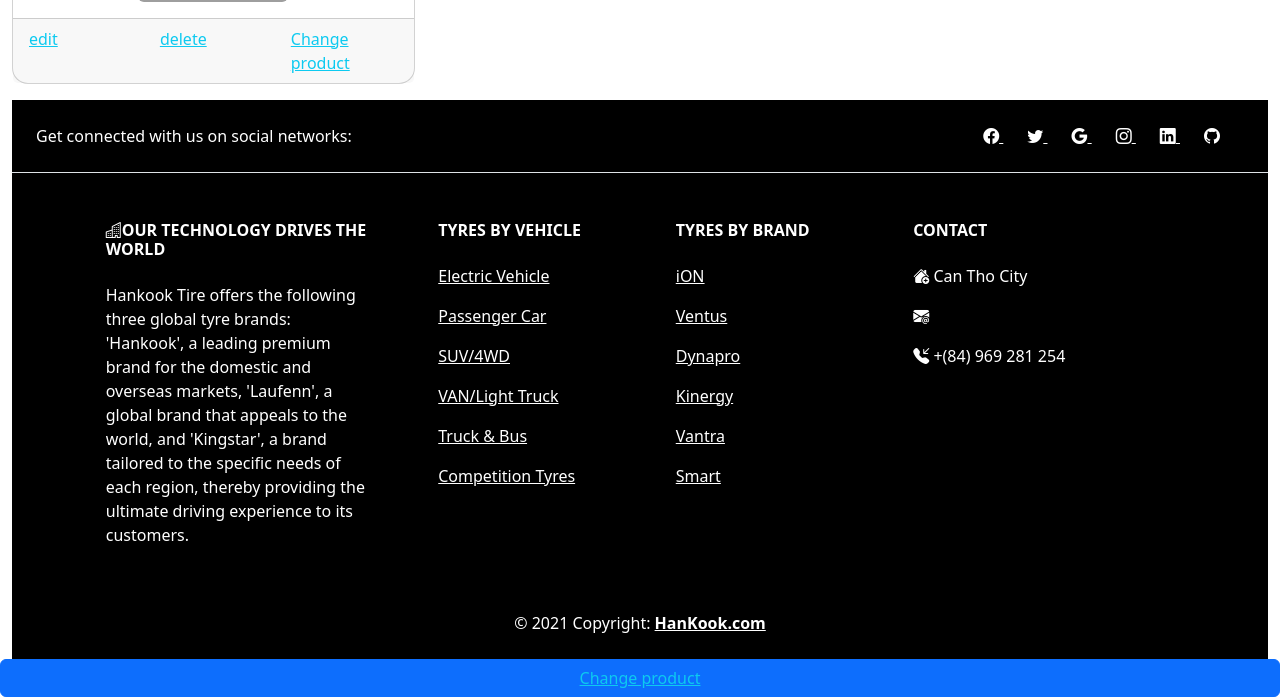
Repository: TrungAug/JAVA4
Page: myWeb/templates/editor.html
An editor plug-in stored every save of this project. The page is shown before and after the next save, followed by the edit.
The browser window is 1280 px wide. The pictures show the part of the page from y = 740 to 1437 px (the page is 1437 px tall).
Pictures or frames that could not be fetched are drawn as grey boxes. A picture or video elsewhere on the page could not be fetched, so the positions and the page height are approximate.

Above is the page before, as saved 2023-11-16 08:38:03.

### myWeb/templates/editor.html
<!DOCTYPE html>
<html lang="en">

<head>
    <meta charset="UTF-8">
    <meta name="viewport" content="width=device-width, initial-scale=1.0">
    <title>Java4</title>
    <link href="https://cdn.jsdelivr.net/npm/bootstrap@5.3.2/dist/css/bootstrap.min.css" rel="stylesheet"
        integrity="sha384-T3c6CoIi6uLrA9TneNEoa7RxnatzjcDSCmG1MXxSR1GAsXEV/Dwwykc2MPK8M2HN" crossorigin="anonymous">
    <link rel="stylesheet" href="https://cdn.jsdelivr.net/npm/bootstrap-icons@1.11.0/font/bootstrap-icons.css">
</head>

<body class="d-flex flex-column justify-content-between" style="height: 100vh;">
    <div class="container-fluid">
        <header>
            <div class="row">
                <div class="col-lg-4 col-md-4 col-sm-12">
                    <div class="myui-header__logo ">
                        <a class="home" href="/index.html" target="_self">
                            <img class="logo"
                                src="https://asset.hankooktire.com/content/dam/hankooktire/local/img/main/main-key-visual/pc/logo.svg"
                                alt="Hankook Tire">
                        </a>
                    </div>
                </div>
                <div class="col-lg-8 col-md-8 col-sm-12 d-flex">
                    <div class="myui-header__navbar">
                        <nav class="navbar navbar-expand-lg bg-body-tertiary">
                            <div class="container-fluid">
                                <a class="navbar-brand" href="#">Home</a>
                                <button class="navbar-toggler" type="button" data-bs-toggle="collapse"
                                    data-bs-target="#navbarSupportedContent" aria-controls="navbarSupportedContent"
                                    aria-expanded="false" aria-label="Toggle navigation">
                                    <span class="navbar-toggler-icon"></span>
                                </button>
                                <div class="collapse navbar-collapse" id="navbarSupportedContent">
                                    <ul class="navbar-nav me-auto mb-2 mb-lg-0">
                                        <li class="nav-item dropdown">
                                            <a class="nav-link dropdown-toggle" href="#" role="button"
                                                data-bs-toggle="dropdown" aria-expanded="false">
                                                Tyres
                                            </a>
                                            <ul class="dropdown-menu">
                                                <li><a class="dropdown-item" href="#">Electric Vehicle</a></li>
                                                <li><a class="dropdown-item" href="#">Passenger Car</a></li>
                                                <li><a class="dropdown-item" href="#">SUV/4WD</a></li>
                                                <li><a class="dropdown-item" href="#">VAN/Light Truck</a></li>
                                                <li><a class="dropdown-item" href="#">Truck & Bus</a></li>
                                                <li><a class="dropdown-item" href="#">Competition Tyres</a></li>
                                                <li>
                                                    <hr class="dropdown-divider">
                                                </li>
                                                <li><a class="dropdown-item" href="#">Something else here</a></li>
                                            </ul>
                                        </li>
                                        <li class="nav-item">
                                            <a class="nav-link" href="#">Promotion</a>
                                        </li>
                                        <li class="nav-item">
                                            <a class="nav-link" aria-current="page" href="#">Help & Support</a>
                                        </li>
                                        <li class="nav-item dropdown">
                                            <a class="nav-link dropdown-toggle" href="#" role="button"
                                                data-bs-toggle="dropdown" aria-expanded="false">
                                                Account
                                            </a>
                                            <ul class="dropdown-menu">
                                                <li><a class="dropdown-item" href="/templates/updateaccout.html">Update
                                                        Account</a></li>
                                                <li><a class="dropdown-item" href="/templates/forgetpass.html">Forget
                                                        Password</a></li>
                                                <li>
                                                    <hr class="dropdown-divider">
                                                </li>
                                                <li><a class="dropdown-item" href="/templates/signin.html">Sign in</a>
                                                </li>
                                                <li><a class="dropdown-item" href="/templates/signup.html">Sign up</a>
                                                </li>
                                            </ul>
                                        </li>
                                    </ul>
                                </div>
                            </div>
                        </nav>
                    </div>
                </div>
            </div>
            <div class="myui-header__search">
                <form class="d-flex" role="search">
                    <input class="form-control me-2" type="search" placeholder="Search" aria-label="Search">
                    <button class="btn btn-outline-success" type="submit">Search</button>
                </form>
            </div>
        </header>
        <main class="main">
            <!-- <section>
                <h1>ADMIN</h1>
            </section> -->
            <div class="row mt-5">
                <div class="col-lg-4 col-md-4 col-sm-12" id="sidebar-login-n-categories">
                    <div id="editor_product" class="mb-3 text-white">
                        <div class="card shadow-2-strong" style="border-radius: 1rem;color: #999;">
                            <div class="card-body p-2 text-center">
                                <h3 class="mb-4">PRODUCT DETAILS</h3>
                                <table class="table table-danger text-start">
                                    <tbody>
                                        <tr>
                                            <th>Name: </th>
                                            <td>Mark</td>
                                        </tr>
                                        <tr>
                                            <th>Tyre:</th>
                                            <td>Jacob</td>
                                        </tr>
                                        <tr>
                                            <th>Description: </th>
                                            <td>@twitter</td>
                                        </tr>
                                    </tbody>
                                </table>
                                <div class="row">
                                    <!-- lặp hình trong dtb ra 3 hình -->
                                    <div class="col img-prod">
                                        <img src="https://asset.hankooktire.com/content/dam/hankooktire/eu/product/ion/ih01a/KV%20thumb(IH01)1.png"
                                            class="figure-img img-fluid rounded" alt="..."
                                            style="width: 150px;height: 150px;">
                                    </div>
                                </div>
                            </div>
                            <div class="card-footer">
                                <div class="row d-flex flex-row-reverse bd-highlight">
                                    <div class="col">
                                        <a class="text-info" href="">Change product</a>
                                    </div>
                                    <div class="col">
                                        <a class="text-info" href="">delete</a>
                                    </div>
                                    <div class="col">
                                        <a class="text-info" href="">edit</a>
                                    </div>
                                </div>
                            </div>
                        </div>
                    </div>
                </div>
                <div class="col-lg-8 col-md-8 col-sm-12" id="productsContainer">
                    <div class="card shadow-2-strong" style="border-radius: 1rem;color: #999;">
                        <div class="card-header">
                            <div class="d-flex justify-content-between">
                                <div class="card-title">
                                    <h3 style="color: #999;">Avaliables Size</h3>
                                </div>
                                <div class="add__size">
                                    <a class="text-info" href="">Add Size</a>
                                </div>
                            </div>

                        </div>
                        <div class="card-body">
                            <table class="table">
                                <thead>
                                    <tr>
                                        <th scope="col">#</th>
                                        <th scope="col">Size</th>
                                        <th scope="col">Width</th>
                                        <th scope="col">Profile</th>
                                        <th scope="col">Rim</th>
                                        <th></th>
                                    </tr>
                                </thead>
                                <tbody>
                                    <tr>
                                        <td></td>
                                        <td>Mark</td>
                                        <td>Otto</td>
                                        <td>@mdo</td>
                                        <td>@mdo</td>
                                        <td>
                                            <a class="m-2 text-info" href="">delete</a>
                                            <a class="m-2 text-info" href="">edit</a>
                                        </td>
                                    </tr>
                                </tbody>
                            </table>
                        </div>
                    </div>
                </div>
            </div>
        </main>
        <footer style="background-color: #000; color: #fff;" class="text-center text-lg-start">
            <!-- Section: Social media -->
            <section class="d-flex justify-content-center justify-content-lg-between p-4 border-bottom">
                <!-- Left -->
                <div class="me-5 d-none d-lg-block">
                    <span>Get connected with us on social networks:</span>
                </div>
                <!-- Left -->

                <!-- Right -->
                <div>
                    <a href="" class="me-4 text-reset">
                        <i class="bi bi-facebook"></i>
                    </a>
                    <a href="" class="me-4 text-reset">
                        <i class="bi bi-twitter"></i>
                    </a>
                    <a href="" class="me-4 text-reset">
                        <i class="bi bi-google"></i>
                    </a>
                    <a href="" class="me-4 text-reset">
                        <i class="bi bi-instagram"></i>
                    </a>
                    <a href="" class="me-4 text-reset">
                        <i class="bi bi-linkedin"></i>
                    </a>
                    <a href="" class="me-4 text-reset">
                        <i class="bi bi-github"></i>
                    </a>
                </div>
                <!-- Right -->
            </section>
            <!-- Section: Social media -->

            <!-- Section: Links  -->
            <section class="">
                <div class="container text-center text-md-start mt-5">
                    <!-- Grid row -->
                    <div class="row mt-3">
                        <!-- Grid column -->
                        <div class="col-md-3 col-lg-4 col-xl-3 mx-auto mb-4">
                            <!-- Content -->
                            <h6 class="text-uppercase fw-bold mb-4">
                                <i class="bi bi-buildings"></i>Our technology drives the world
                            </h6>
                            <p>
                                Hankook Tire offers the following three global tyre brands: 'Hankook', a leading premium
                                brand for the domestic and overseas markets, 'Laufenn', a global brand that appeals to
                                the world, and 'Kingstar', a brand tailored to the specific needs of each region,
                                thereby providing the ultimate driving experience to its customers.
                            </p>
                        </div>
                        <!-- Grid column -->

                        <!-- Grid column -->
                        <div class="col-md-2 col-lg-2 col-xl-2 mx-auto mb-4">
                            <!-- Links -->
                            <h6 class="text-uppercase fw-bold mb-4">
                                Tyres by Vehicle
                            </h6>
                            <p>
                                <a href="#!" class="text-reset">Electric Vehicle</a>
                            </p>
                            <p>
                                <a href="#!" class="text-reset">Passenger Car</a>
                            </p>
                            <p>
                                <a href="#!" class="text-reset">SUV/4WD</a>
                            </p>
                            <p>
                                <a href="#!" class="text-reset">VAN/Light Truck</a>
                            </p>
                            <p>
                                <a href="#!" class="text-reset">Truck & Bus</a>
                            </p>
                            <p>
                                <a href="#!" class="text-reset">Competition Tyres</a>
                            </p>
                        </div>
                        <!-- Grid column -->

                        <!-- Grid column -->
                        <div class="col-md-3 col-lg-2 col-xl-2 mx-auto mb-4">
                            <!-- Links -->
                            <h6 class="text-uppercase fw-bold mb-4">
                                Tyres by Brand
                            </h6>
                            <p>
                                <a href="#!" class="text-reset">iON</a>
                            </p>
                            <p>
                                <a href="#!" class="text-reset">Ventus</a>
                            </p>
                            <p>
                                <a href="#!" class="text-reset">Dynapro</a>
                            </p>
                            <p>
                                <a href="#!" class="text-reset">Kinergy</a>
                            </p>
                            <p>
                                <a href="#!" class="text-reset">Vantra</a>
                            </p>
                            <p>
                                <a href="#!" class="text-reset">Smart</a>
                            </p>
                        </div>
                        <!-- Grid column -->

                        <!-- Grid column -->
                        <div class="col-md-4 col-lg-3 col-xl-3 mx-auto mb-md-0 mb-4">
                            <!-- Links -->
                            <h6 class="text-uppercase fw-bold mb-4">Contact</h6>
                            <p><i class="bi bi-house-add-fill"></i> Can Tho City</p>
                            <p>
                                <i class="bi bi-envelope-at-fill"></i>
                            </p>
                            <p><i class="bi bi-telephone-inbound-fill"></i> +(84) 969 281 254</p>
                        </div>
                        <!-- Grid column -->
                    </div>
                    <!-- Grid row -->
                </div>
            </section>
            <!-- Section: Links  -->

            <!-- Copyright -->
            <div class="text-center p-4" style="background-color: rgba(0, 0, 0, 0.05);">
                © 2021 Copyright:
                <a class="text-reset fw-bold" href="#">HanKook.com</a>
            </div>
            <!-- Copyright -->
        </footer>
    </div>
    <!-- Button trigger modal -->
    <button type="button" class="btn btn-primary" data-bs-toggle="modal" data-bs-target="#editorChangeProductModal">
        <a class="text-info" href="#">Change product</a>
    </button>

    <!-- Modal -->
    <div class="modal fade" id="editorChangeProductModal" tabindex="-1" aria-labelledby="editorChangeProductModalLabel" aria-hidden="true">
        <div class="modal-dialog">
            <div class="modal-content">
                <div class="modal-header">
                    <h5 class="modal-title" id="editorChangeProductModalLabel">Danh sách sản phẩm</h5>
                    <button type="button" class="btn-close" data-bs-dismiss="modal" aria-label="Close"></button>
                </div>
                <div class="modal-body">
                    ...
                </div>
            </div>
        </div>
    </div>

    <script src="https://cdn.jsdelivr.net/npm/bootstrap@5.3.1/dist/js/bootstrap.bundle.min.js"></script>
</body>

</html>

After the next save:
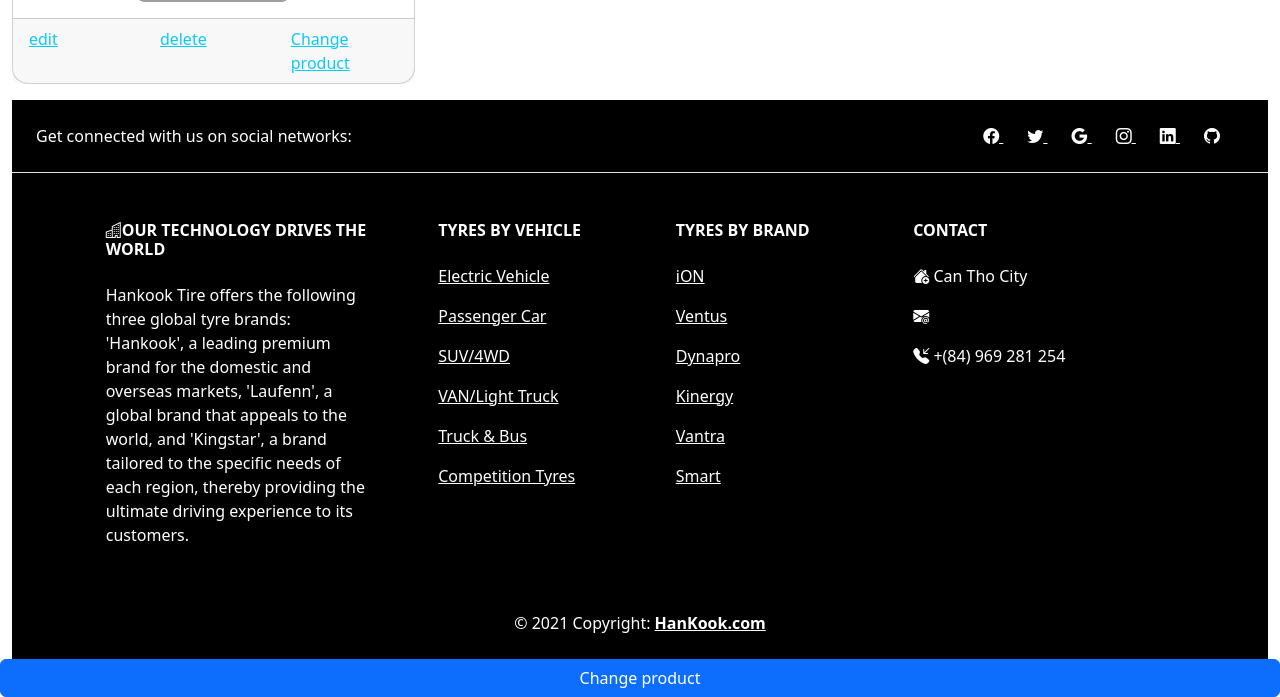
Saved 22 s later.
--- a/myWeb/templates/editor.html
+++ b/myWeb/templates/editor.html
@@ -322,7 +322,7 @@
     </div>
     <!-- Button trigger modal -->
     <button type="button" class="btn btn-primary" data-bs-toggle="modal" data-bs-target="#editorChangeProductModal">
-        <a class="text-info" href="#">Change product</a>
+       Change product
     </button>
 
     <!-- Modal -->
